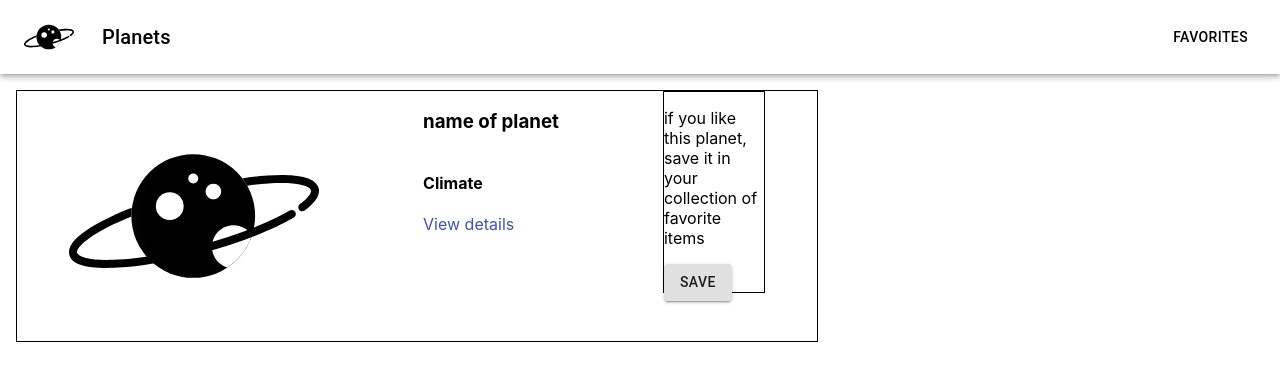
Repository: samridhie01/assignment
Page: /
These files come from the project's save history. The page is drawn as it stood at one moment and after the next save; the edit follows.
The browser window is 1280 px wide. The pictures show the whole page.
The page's requests for data from a server got no answer. The project was rebuilt for these pictures with package versions that can differ from the ones it lists, and the page was loaded fresh each time. No one was signed in, and anything a server would have sent is missing.

Above is the page before, as saved 2020-08-19 21:54:47.

After the next save:
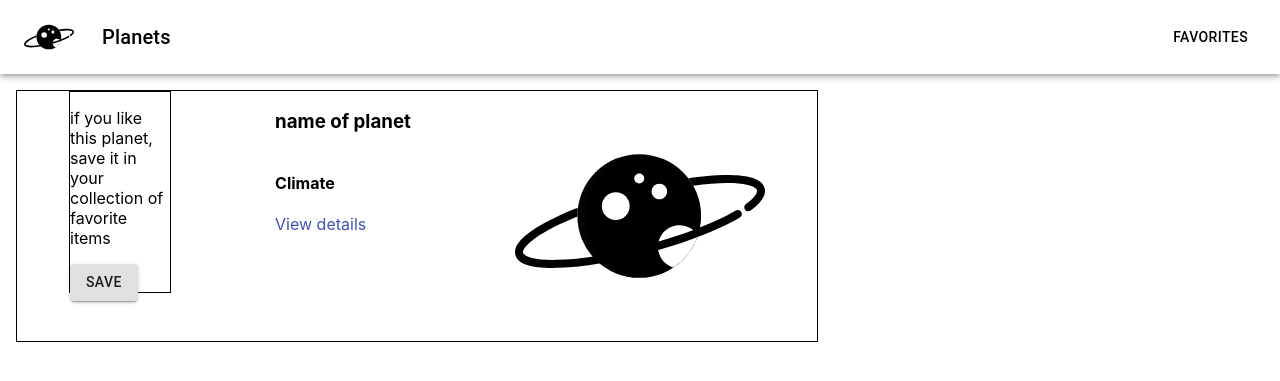
Saved 20 s later.
--- a/src/components/planets/Planets.tsx
+++ b/src/components/planets/Planets.tsx
@@ -6,7 +6,7 @@ import { ReactComponent as PlanetIcon } from "../../assets/planet.svg";
 const useStyles = makeStyles({
   flexContainer: {
     display: "flex",
-    flexDirection: "row",
+    flexDirection: "row-reverse",
     justifyContent: "space-around"
   },
   flexContainer2: {
